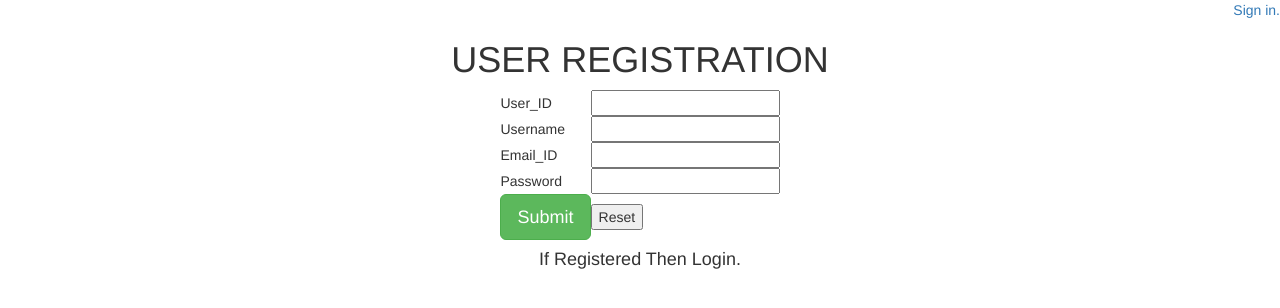
Repository: sunil965/JDBC-Servlet-JSP
Page: http://localhost/JspRegistrationTask/
An editor plug-in stored every save of this project. The page is shown before and after the next save, followed by the edit.
The browser window is 1280 px wide. The pictures show the whole page.
The page is served by Tomcat 9.

Above is the page before, as saved 2017-05-03 06:39:20.

After the next save:
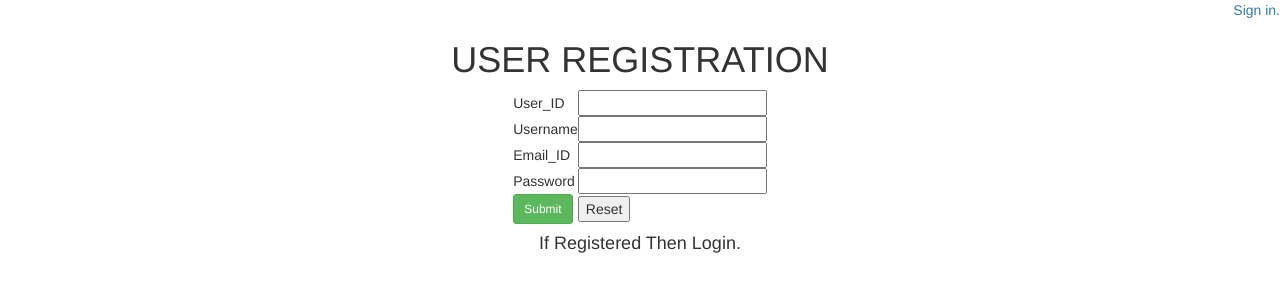
Saved 11 min 28 s later.
--- a/JspRegistrationTask/WebContent/index.jsp
+++ b/JspRegistrationTask/WebContent/index.jsp
@@ -32,7 +32,7 @@
 	<td><input type="password" name="pwd"></td>
 	</tr>
 	<tr>
-	<td><input type="submit" class="btn btn-lg btn-success"></td>
+	<td><input type="submit" class="btn btn-sm btn-success"></td>
 	<td><input type="reset"></td>
 	</tr>
 	</table>
